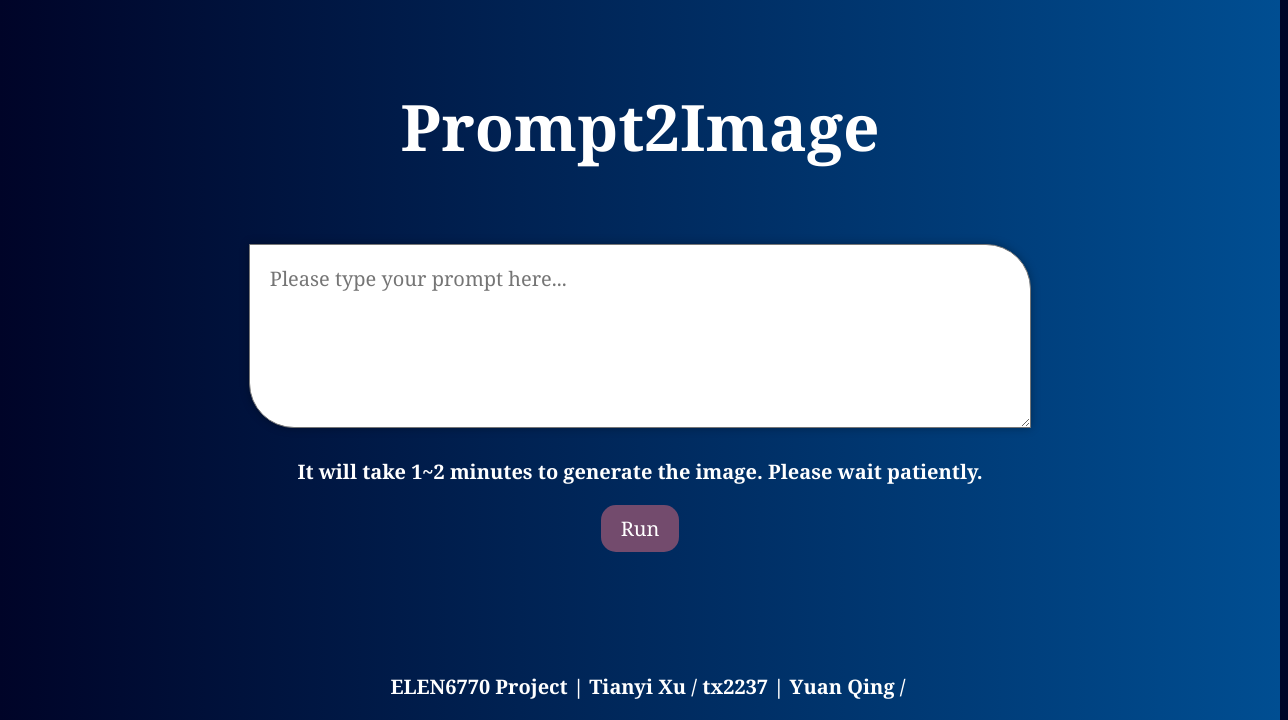
Repository: XTTTZ/Prompt2Image
Page: main3.html
An editor plug-in stored every save of this project. The page is shown before and after the next save, followed by the edit.
The browser window is 1280 px wide. The page is 1288 px wide, so the pictures cover 1288 px, including what lies to the right of the window. The pictures show the whole page.
The page's requests for data from a server got no answer.

Above is the page before, as saved 2023-11-30 21:41:22.

After the next save:
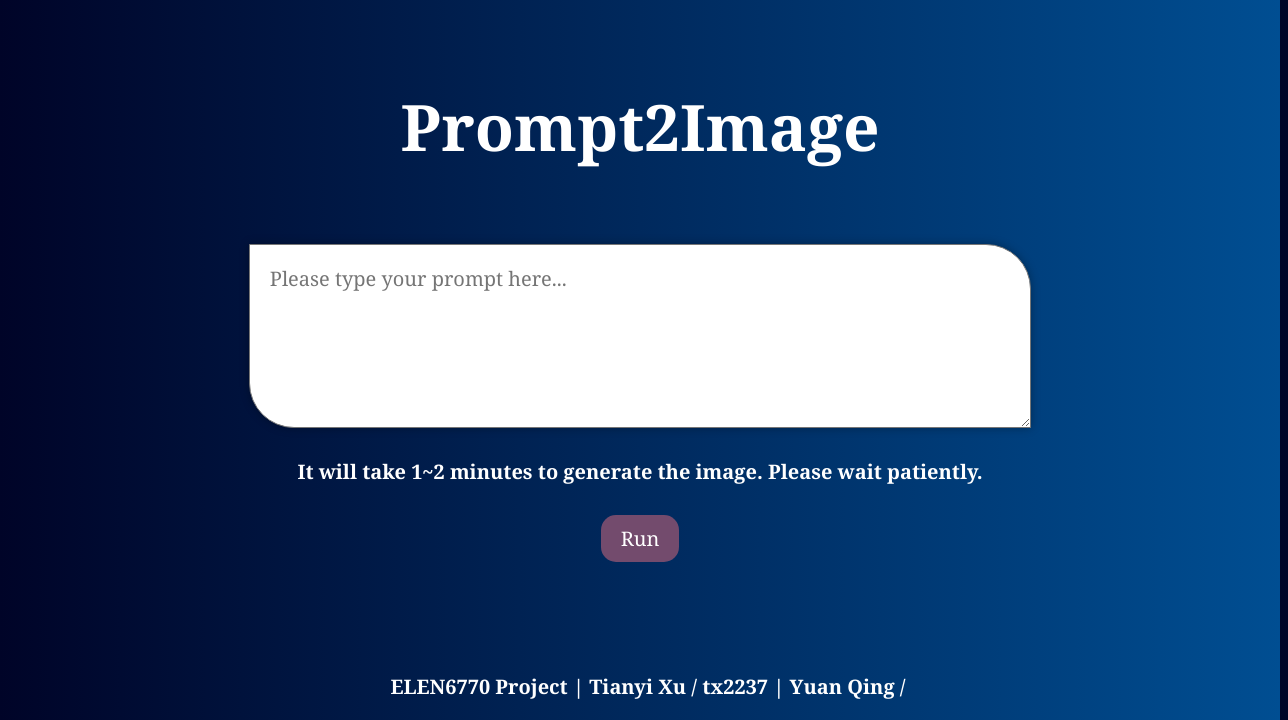
Saved 71 s later.
--- a/main3.html
+++ b/main3.html
@@ -103,7 +103,7 @@
             <p>It will take 1~2 minutes to generate the image. Please wait patiently.</p>
         </label>
     </form>
-    <form id="generateForm">
+    <form id="generateForm" style="margin: 10px;">
         <button type="button" onclick="performSearch()">Run</button>
         <label id="timeValue"></label>
     </form>

After the 2 saves that followed:
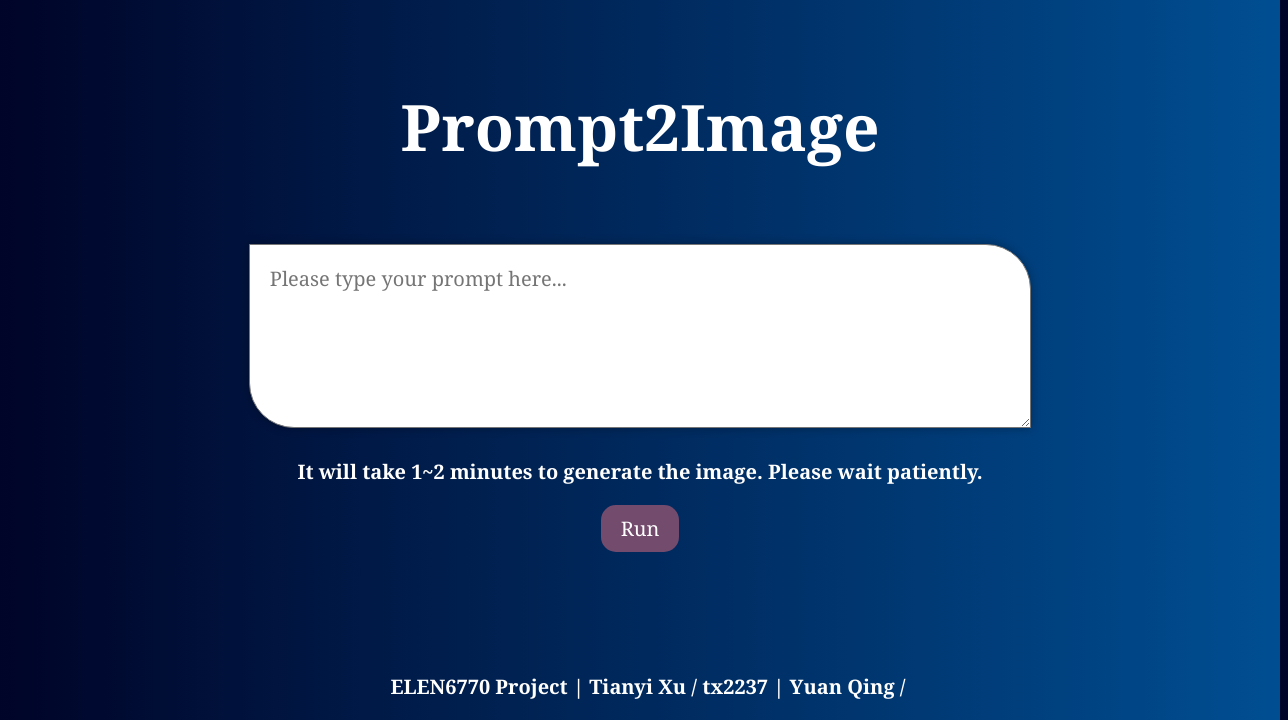
The 2 saves are shown as one change because 1 left the picture as it was.
The last was saved 2 min 47 s later.
--- a/main3.html
+++ b/main3.html
@@ -85,7 +85,7 @@
             text-align: center;
             margin: 1em;
             padding: 1em;
-            background-color: #fff;
+            background-color: #ffffff00;
             box-shadow: 0 0 10px rgba(0, 0, 0, 0.1);
         }
     </style>
@@ -103,7 +103,7 @@
             <p>It will take 1~2 minutes to generate the image. Please wait patiently.</p>
         </label>
     </form>
-    <form id="generateForm" style="margin: 10px;">
+    <form id="generateForm" style="gap: 10px;">
         <button type="button" onclick="performSearch()">Run</button>
         <label id="timeValue"></label>
     </form>
